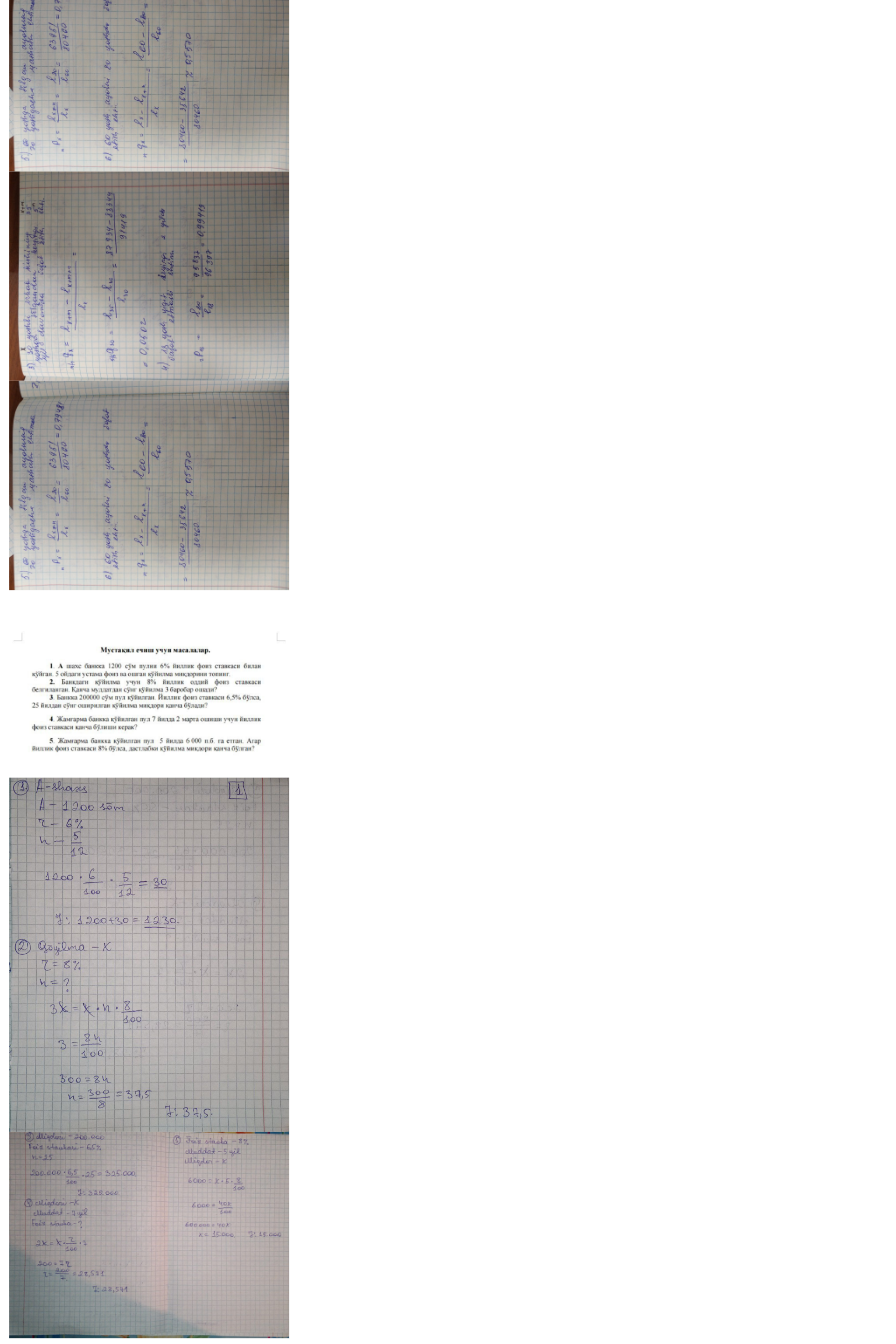
Repository: Ikromkhurozov/exam-inst
Page: index.html
The author's editor kept a copy of each file at every save. The page is drawn from the files as they stood at one save, then again after the next save.
The browser window is 1280 px wide. The pictures show the part of the page from y = 4580 to 6500 px (the page is 8604 px tall before and 8305 px after), at 70% of full size.

Above is the page before, as saved 2023-05-26 09:58:06.

After the next save:
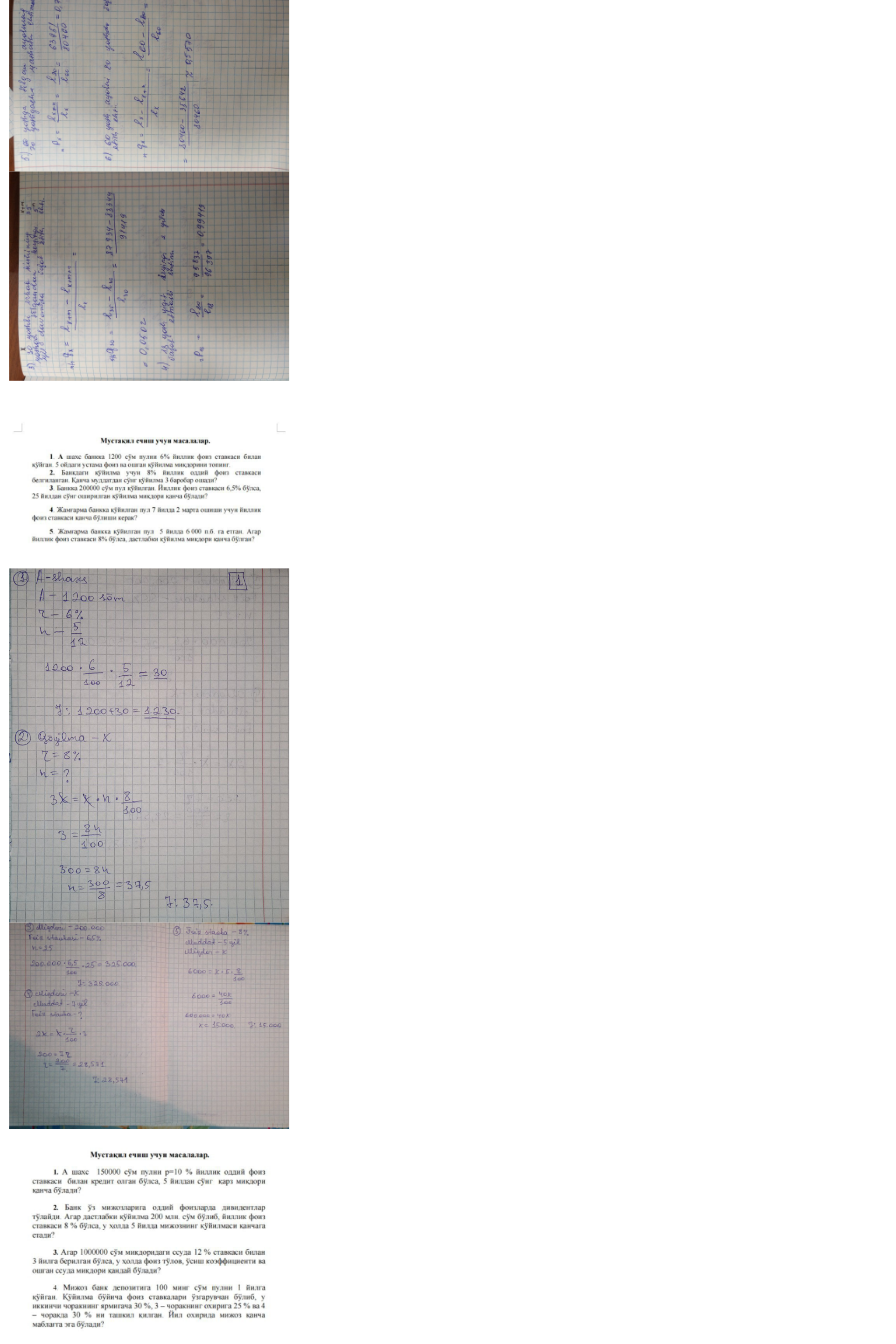
Saved 20 s later.
--- a/index.html
+++ b/index.html
@@ -39,7 +39,6 @@
   <img src="/j.jpg" alt="p3">
   <img src="/v.jpg" alt="p3">
   <img src="/w.jpg" alt="p3">
-  <img src="/v.jpg" alt="p3">
 
   <br>
   <br>
